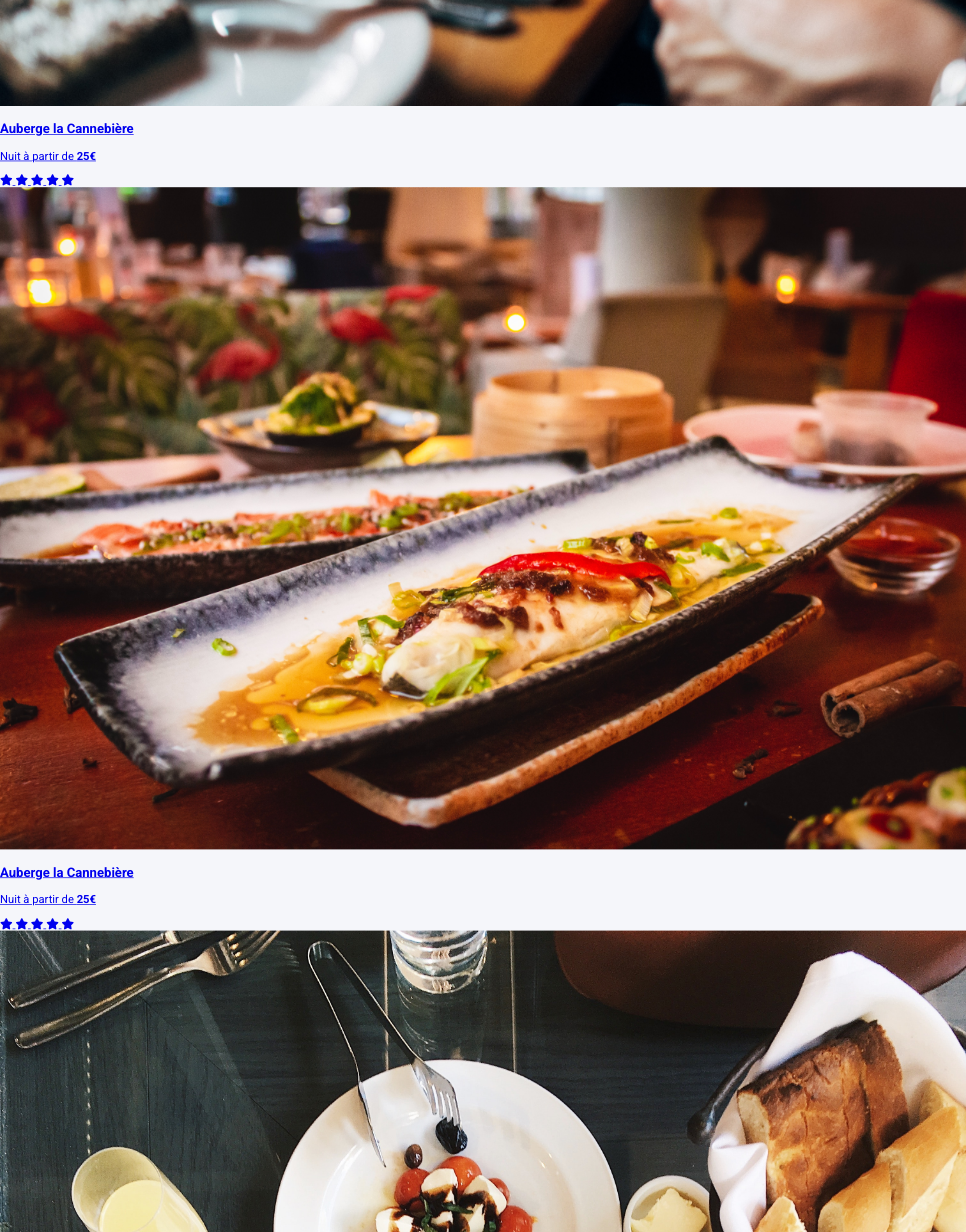
Repository: ultraasedev/ohmyfood
Page: index.html
These files come from the project's save history. The page is drawn as it stood at one moment and after the next save; the edit follows.
The browser window is 1280 px wide. The page is 1380 px wide, so the pictures cover 1380 px, including what lies to the right of the window. The pictures show the part of the page from y = 1468 to 3228 px (the page is 5956 px tall), at 70% of full size.
Some web fonts or font styles are not loaded; a fallback is used. Some web libraries are served in a nearby version.

Above is the page before, as saved 2022-10-27 17:01:44.

After the next save:
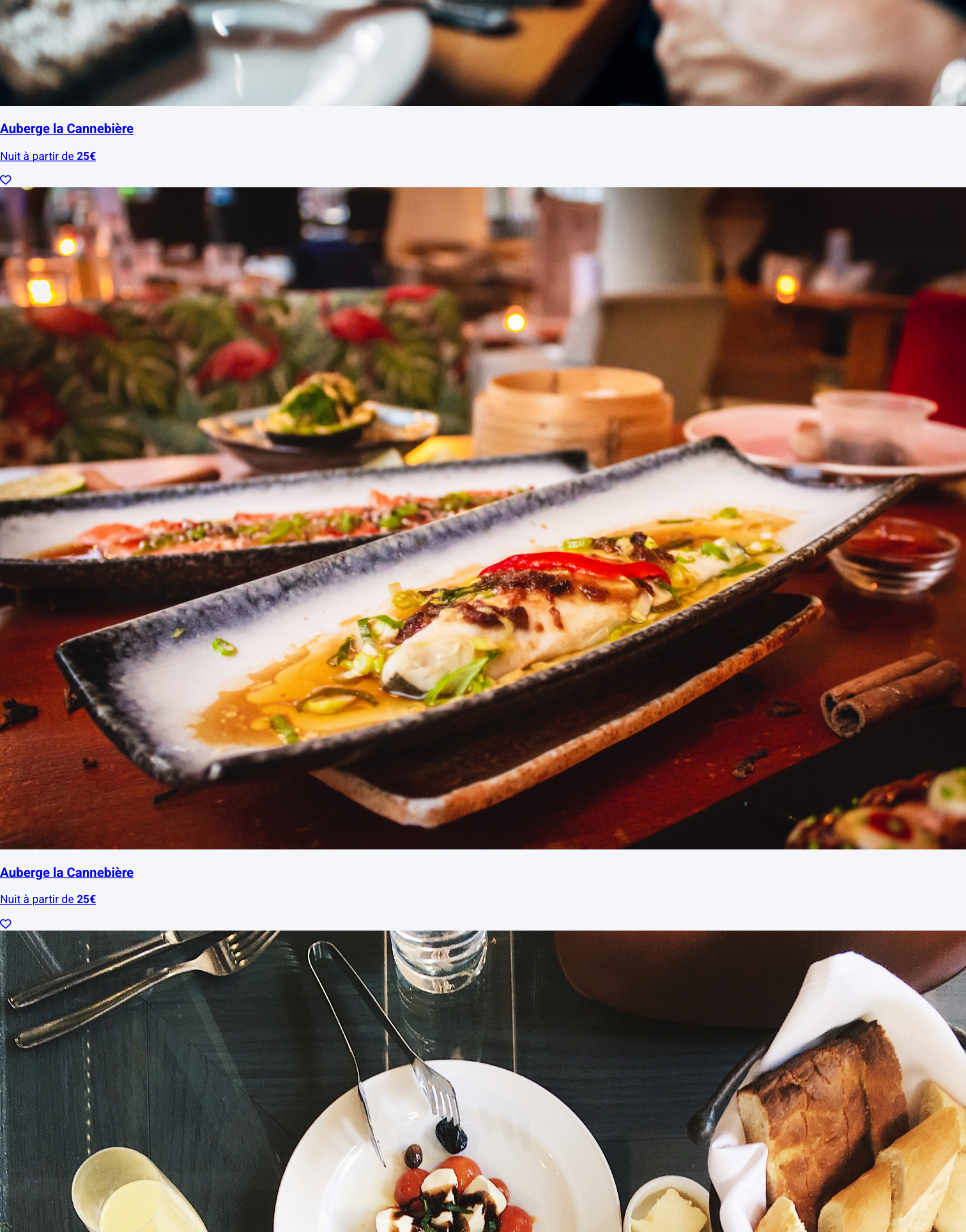
Saved 89 s later.
--- a/index.html
+++ b/index.html
@@ -78,11 +78,7 @@
                   <h3>Auberge la Cannebière</h3>
                   <p>Nuit à partir de <strong>25€</strong></p>
                   <div class="stars">
-                    <i class="fa-solid fa-star"></i>
-                    <i class="fa-solid fa-star"></i>
-                    <i class="fa-solid fa-star"></i>
-                    <i class="fa-solid fa-star"></i>
-                    <i class="fa-solid fa-star grey-star"></i>
+                    <i class="fa-regular fa-heart"></i>
                   </div>
                 </a>
               </article>
@@ -98,11 +94,8 @@
                   <h3>Auberge la Cannebière</h3>
                   <p>Nuit à partir de <strong>25€</strong></p>
                   <div class="stars">
-                    <i class="fa-solid fa-star"></i>
-                    <i class="fa-solid fa-star"></i>
-                    <i class="fa-solid fa-star"></i>
-                    <i class="fa-solid fa-star"></i>
-                    <i class="fa-solid fa-star grey-star"></i>
+                    <i class="fa-regular fa-heart"></i>
+
                   </div>
                 </a>
               </article>
@@ -117,11 +110,7 @@
                   <h3>Auberge la Cannebière</h3>
                   <p>Nuit à partir de <strong>25€</strong></p>
                   <div class="stars">
-                    <i class="fa-solid fa-star"></i>
-                    <i class="fa-solid fa-star"></i>
-                    <i class="fa-solid fa-star"></i>
-                    <i class="fa-solid fa-star"></i>
-                    <i class="fa-solid fa-star grey-star"></i>
+                    <i class="fa-regular fa-heart"></i>
                   </div>
                 </a>
               </article>
@@ -136,11 +125,7 @@
                   <h3>Auberge la Cannebière</h3>
                   <p>Nuit à partir de <strong>25€</strong></p>
                   <div class="stars">
-                    <i class="fa-solid fa-star"></i>
-                    <i class="fa-solid fa-star"></i>
-                    <i class="fa-solid fa-star"></i>
-                    <i class="fa-solid fa-star"></i>
-                    <i class="fa-solid fa-star grey-star"></i>
+                    <i class="fa-regular fa-heart"></i>
                   </div>
                 </a>
               </article>
